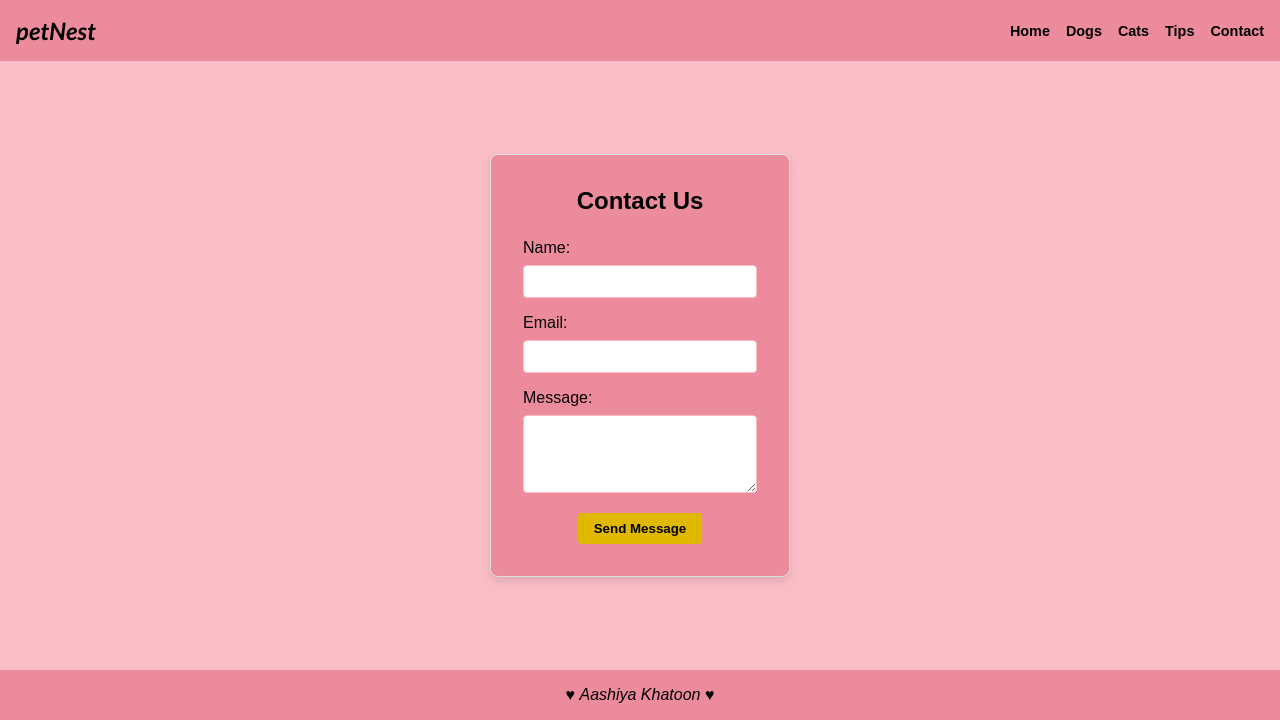
Repository: SHAHZADcodr/pet_care
Page: pages/contact.html
These files come from the project's save history. The page is drawn as it stood at one moment and after the next save; the edit follows.
The browser window is 1280 px wide. The pictures show the whole page.
The pointer rests on the first visible `button`.

Above is the page before, as saved 2024-11-04 23:39:35.

After the next save:
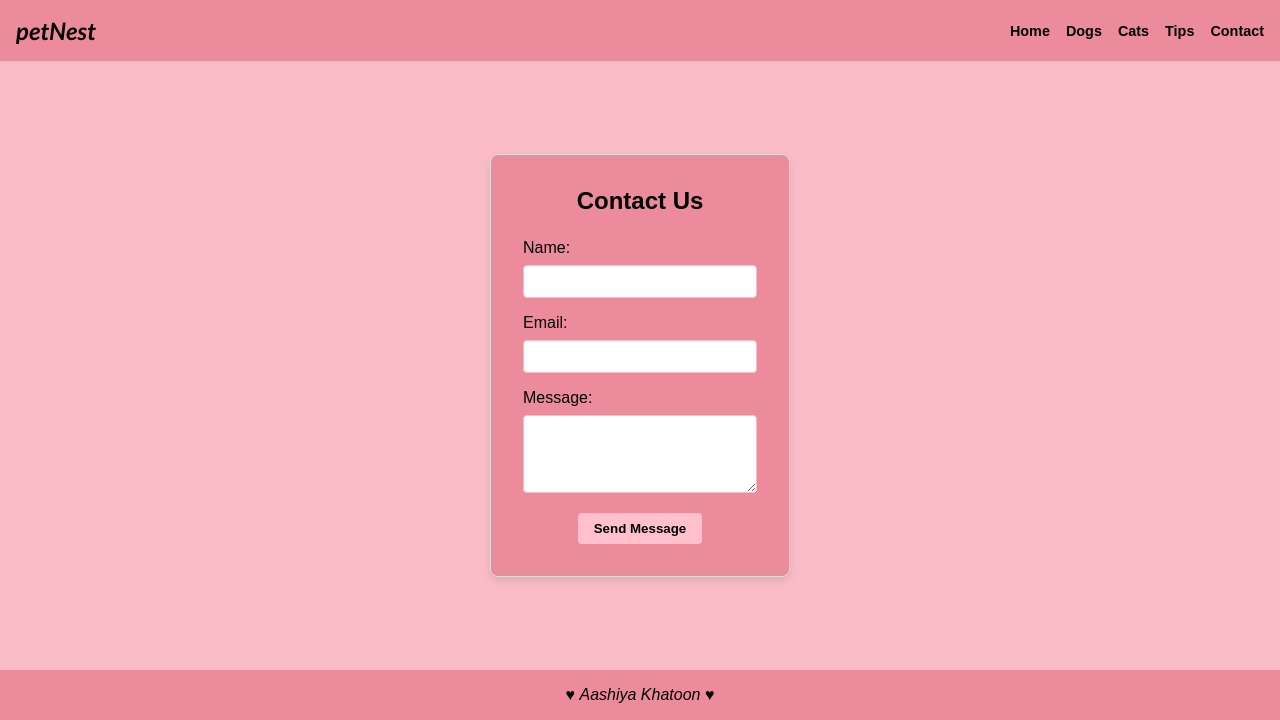
Saved 15 s later.
--- a/pages/contact.css
+++ b/pages/contact.css
@@ -105,7 +105,7 @@ button {
 }
 
 button:hover {
-    background-color: #e0b800; /* Darken button on hover */
+    background-color:pink; /* Darken button on hover */
 }
 
 footer {
